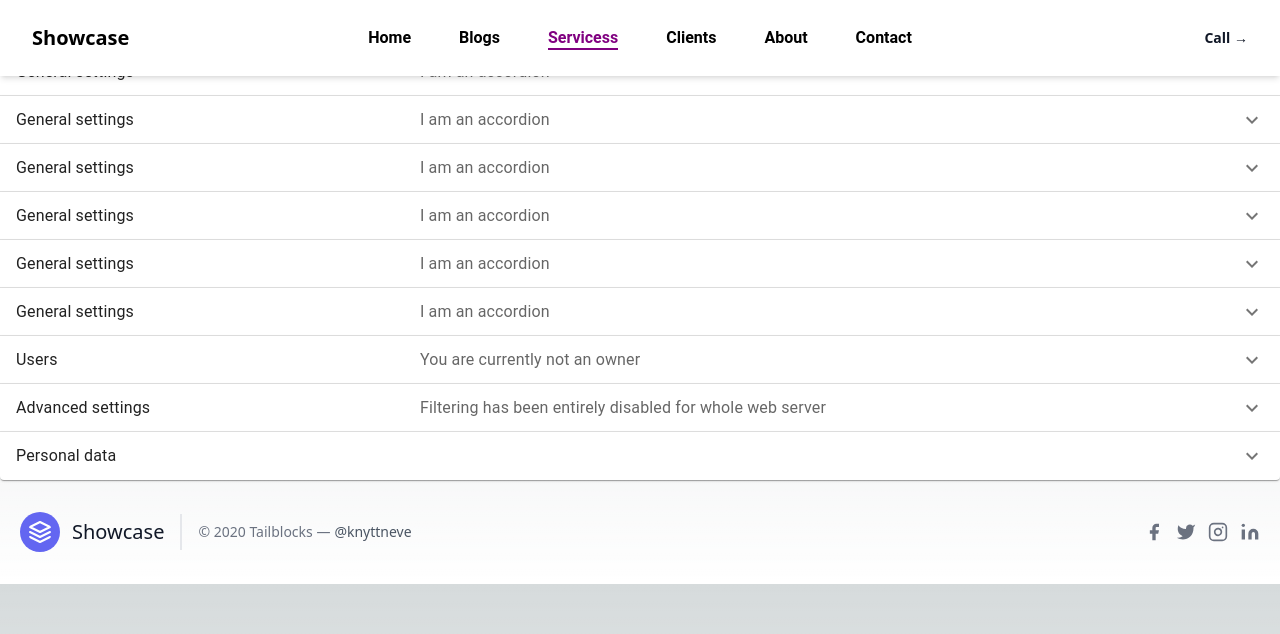
Repository: prashant523580/showcase
Page: /services
An editor plug-in stored every save of this project. The page is shown before and after the next save, followed by the edit.
The browser window is 1280 px wide. The pictures show the whole page.
The project was rebuilt for these pictures with package versions that can differ from the ones it lists, and the page was loaded fresh each time. The framework's server and built-in components were replaced by stand-ins that run in the browser. Also part of the build but not shown: next.config.js.

Above is the page before, as saved 2023-03-25 17:52:08.

After the next save:
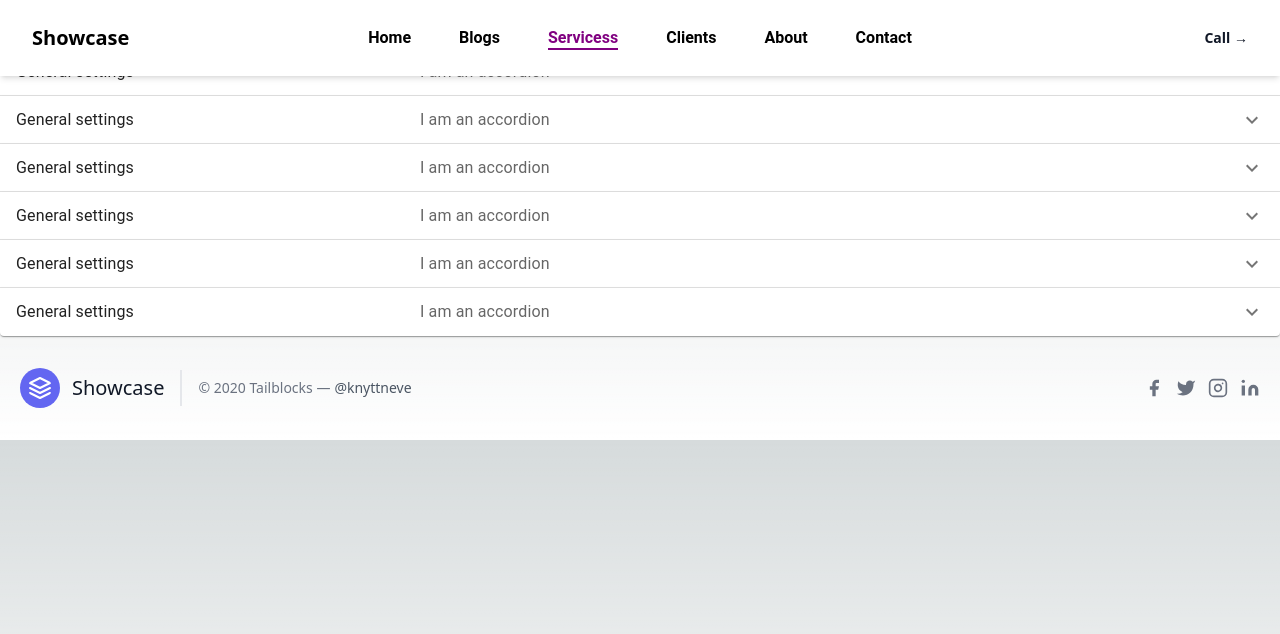
Saved 16 s later.
--- a/src/pages/services.tsx
+++ b/src/pages/services.tsx
@@ -83,60 +83,7 @@ export default function Sercices() {
                 )
             })
         }
-      <Accordion expanded={expanded === 'panel2'} onChange={handleChange('panel2')}>
-        <AccordionSummary
-          expandIcon={<ExpandMoreIcon />}
-          aria-controls="panel2bh-content"
-          id="panel2bh-header"
-        >
-          <Typography sx={{ width: '33%', flexShrink: 0 }}>Users</Typography>
-          <Typography sx={{ color: 'text.secondary' }}>
-            You are currently not an owner
-          </Typography>
-        </AccordionSummary>
-        <AccordionDetails>
-          <Typography>
-            Donec placerat, lectus sed mattis semper, neque lectus feugiat lectus,
-            varius pulvinar diam eros in elit. Pellentesque convallis laoreet
-            laoreet.
-          </Typography>
-        </AccordionDetails>
-      </Accordion>
-      <Accordion expanded={expanded === 'panel3'} onChange={handleChange('panel3')}>
-        <AccordionSummary
-          expandIcon={<ExpandMoreIcon />}
-          aria-controls="panel3bh-content"
-          id="panel3bh-header"
-        >
-          <Typography sx={{ width: '33%', flexShrink: 0 }}>
-            Advanced settings
-          </Typography>
-          <Typography sx={{ color: 'text.secondary' }}>
-            Filtering has been entirely disabled for whole web server
-          </Typography>
-        </AccordionSummary>
-        <AccordionDetails>
-          <Typography>
-            Nunc vitae orci ultricies, auctor nunc in, volutpat nisl. Integer sit
-            amet egestas eros, vitae egestas augue. Duis vel est augue.
-          </Typography>
-        </AccordionDetails>
-      </Accordion>
-      <Accordion expanded={expanded === 'panel4'} onChange={handleChange('panel4')}>
-        <AccordionSummary
-          expandIcon={<ExpandMoreIcon />}
-          aria-controls="panel4bh-content"
-          id="panel4bh-header"
-        >
-          <Typography sx={{ width: '33%', flexShrink: 0 }}>Personal data</Typography>
-        </AccordionSummary>
-        <AccordionDetails>
-          <Typography>
-            Nunc vitae orci ultricies, auctor nunc in, volutpat nisl. Integer sit
-            amet egestas eros, vitae egestas augue. Duis vel est augue.
-          </Typography>
-        </AccordionDetails>
-      </Accordion>
+
     </div>
   );
 }
